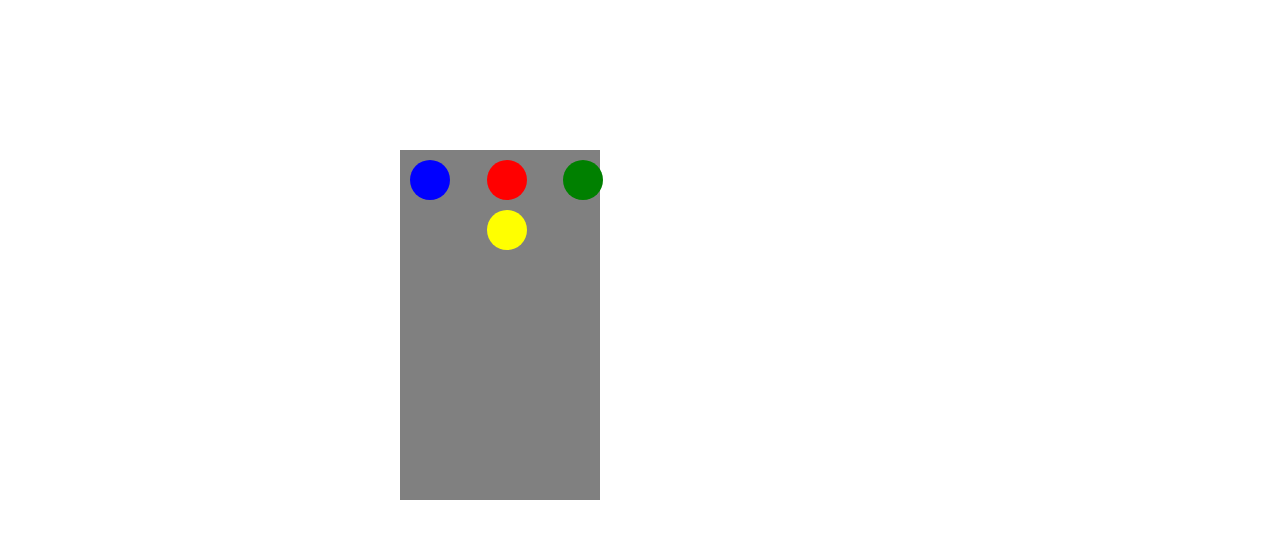
Repository: Code-Institute-Submissions/The-Simon-Game
Page: index.html
The author's editor kept a record of every edit. The page is drawn from the files as they stood at one moment, then again after the next edit.
The browser window is 1280 px wide. The pictures show the whole page.

Above is the page before.

After the next edit:
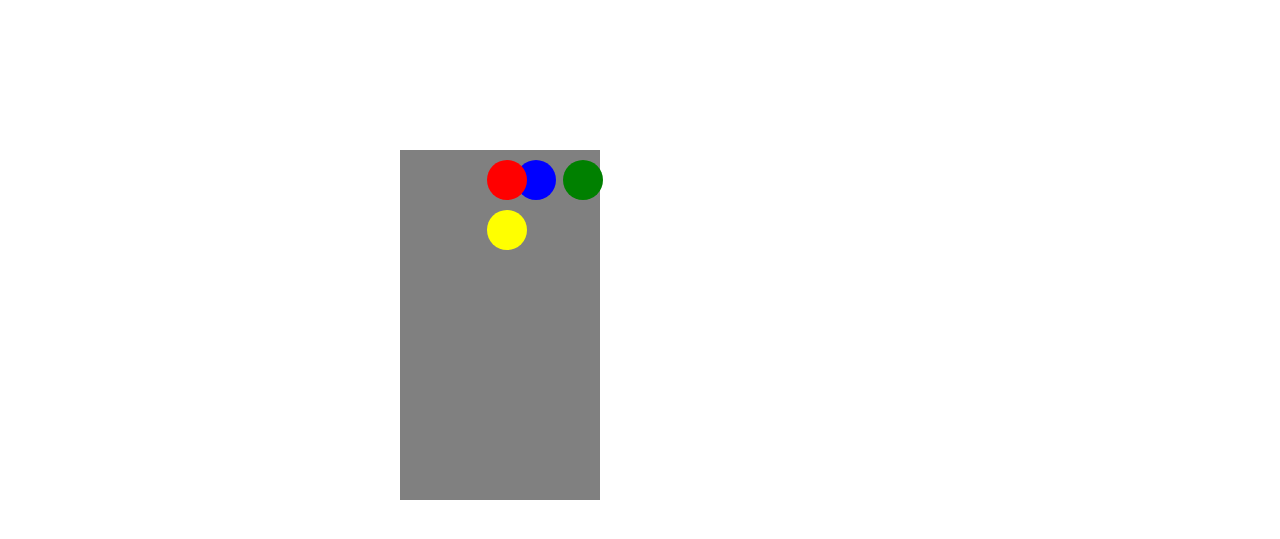
The edit:
--- a/css/style.css
+++ b/css/style.css
@@ -31,6 +31,7 @@
     height: 40px;
     width: 40px;
     margin: 10px;
+    margin-left: 116px;
     background-color: blue;
     border-color: black;
     border-radius: 50px;
